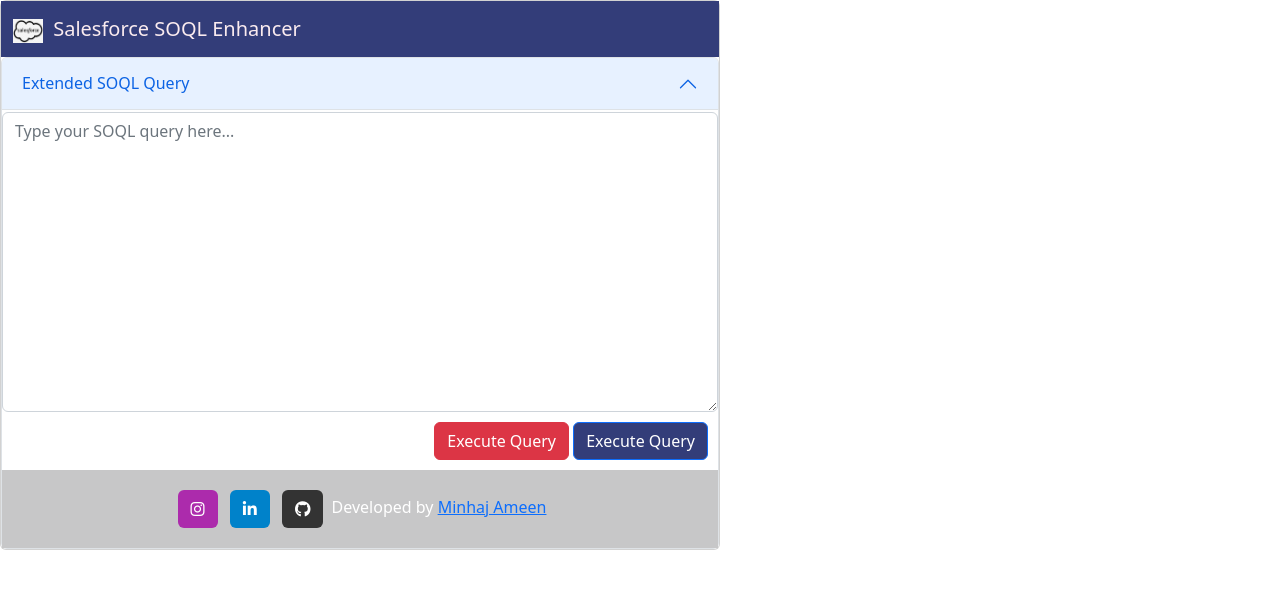
Repository: anweshpargi/salesforceExtension
Page: popup.html
The author's editor kept a copy of each file at every save. The page is drawn from the files as they stood at one save, then again after the next save.
The browser window is 1280 px wide. The pictures show the whole page.

Above is the page before, as saved 2023-09-03 01:33:11.
Not found: js/jsforce.js

### popup.html
<!DOCTYPE html>
<html lang="en">

<head>
    <meta charset="UTF-8">
    <meta http-equiv="X-UA-Compatible" content="IE=edge">
    <meta name="viewport" content="width=device-width, initial-scale=1.0">
    <link rel="stylesheet" href="bootstrap/css/bootstrap.min.css">

    <script src="bootstrap/js/bootstrap.min.js" type="text/javascript"></script>
    <script src="js/jsforce.js" type="text/javascript"></script>
    <link rel="stylesheet" href="https://cdnjs.cloudflare.com/ajax/libs/font-awesome/6.4.2/css/all.min.css" />

    <!-- <script src="https://kit.fontawesome.com/2bad70dabe.js" crossorigin="anonymous"></script> -->

    <!-- JavaScript Bundle with Popper -->

    <title> Salesforce Test Class Data Generator</title>
</head>


<body style="width: 720px">
    <div class="card">
        <nav class="navbar" style="background-color: #333D79FF;">
            <div class="container-fluid">
                <a class="navbar-brand" style="color: #FAEBEFFF;" href="#">
                    <img src="/icon.png" alt="Logo" width="30" height="24" style="margin-right: 5px;"
                        class="d-inline-block">
                    Salesforce SOQL Enhancer
                </a>
            </div>
        </nav>

        <div class="accordion" id="accordionExample">
            <div class="accordion-item">
                <h2 class="accordion-header" id="headingOne">
                    <button class="accordion-button" type="button" data-bs-toggle="collapse"
                        data-bs-target="#collapseOne" aria-expanded="true" aria-controls="collapseOne">
                        Extended SOQL Query
                    </button>
                </h2>
                <div id="collapseOne" class="accordion-collapse collapse show" aria-labelledby="headingOne"
                    data-bs-parent="#accordionExample">

                    <div class="">
                        <textarea style="margin-top: 2px; height: 300px;" class="form-control"
                            placeholder="Type your SOQL query here..." id="floatingtextarea"></textarea>
                    </div>
                    <div style="text-align: right; margin: 10px;">
                        <span style="color: green; font-weight: bold; display: none;" id="status" > </span>&nbsp;&nbsp;
                        <span id="loader" style="display: none;">
                            <span class="spinner-border text-primary"  role="status"></span>
                            <span style="color: darkblue;" id=""> &nbsp; Processing wait... </span>
                            <span style="color: darkblue;" id="count">  </span>&nbsp;
                        </span>
                        <span>
                            <button class="btn btn-success"  style="display: none;" id="downloadExcel" type="">Download Excel</button>
                        </span>
                        <button class="btn btn-danger" style=""  id="cancel" type="">Execute Query</button>

                        <button class="btn btn-primary" style="background-color: #333D79FF;"  id="getbutton" type="">Execute Query</button>
                    </div>
                </div>

                <div class="bg-light text-center text-white">

                    <div class="text-center p-3" style="background-color: rgba(0, 0, 0, 0.2);">


                      <!-- Instagram -->
                      <a
                        class="btn text-white btn-floating m-1"
                        target="_blank"
                        style="background-color: #ac2bac;"
                        href="https://www.instagram.com/_spartann__/"
                        role="button"
                        ><i class="fab fa-instagram"></i
                      ></a>

                      <!-- Linkedin -->
                      <a
                        class="btn text-white btn-floating m-1"
                        target="_blank"
                        style="background-color: #0082ca;"
                        href="https://www.linkedin.com/in/minhajameen5/"
                        role="button"
                        ><i class="fab fa-linkedin-in"></i
                      ></a>

                      <!-- Github -->
                      <a
                        class="btn text-white btn-floating m-1"
                        target="_blank"
                        style="background-color: #333333;"
                        href="https://github.com/minhaj-ameen"
                        role="button"
                        ><i class="fab fa-github"></i
                      ></a>
                      Developed by
                      <a class="" target="_blank" href="https://www.instagram.com/_spartann__/"> Minhaj Ameen</a>
                    </div>

                </div>

            </div>
        </div>
    </div>

</body>
<script type="text/javascript" src="js/popup.js"></script>
<script type="text/javascript" src="js/xlsx.full.min.js"></script>
<!-- <script src='https://kit.fontawesome.com/a076d05399.js' crossorigin='anonymous'></script> -->


</html>

### js/popup.js
//store connection... con object
var conn = undefined;
var inputQuery = undefined;

console.log('popup js loaded succesfully')
document.querySelector('#getbutton').addEventListener('click', () => {
  console.log('XLSX ' + XLSX);
  console.log('method invoked on button click')
  chrome.tabs.query({ active: true, currentWindow: true }, (tabs) => {
    console.log('inside tabs query')
    var tab = tabs[0]
    console.log(tab.url.split('.')[0]);
    var instanceUrl = undefined
    if(tab?.url != undefined && tab.url.includes('sandbox')){
      console.log('Success if condition includes sandbox');
       instanceUrl = tab.url.split('.')[0] + '.sandbox.my.salesforce.com'
    }else{
      instanceUrl = tab.url.split('.')[0] + '.my.salesforce.com'
    }
    console.log(tab)
    var domainUrl = new URL(tab.url)
    var sessionId = undefined
    if (
      tab.url &&
      (tab.url.includes('.lightning.force.com') ||
        tab.url.includes('.salesforce.com'))
    ) {
      var port = chrome.runtime.connect({ name: 'knockknock' })
      port.postMessage({ host: instanceUrl.replace('https://', '') })
      port.onMessage.addListener(function (msg) {
        console.log('response from backgroundjs' + msg.ssid)
        sessionId = msg.ssid
        if (sessionId) {
          console.log('session id received  ', sessionId)
          conn = new jsforce.Connection({
            serverUrl: instanceUrl,
            instanceUrl: instanceUrl,
            sessionId: sessionId,
            version: '58.0',
          }) //jsforce
          console.log('connection', conn)
          getQueryInput()
        } else {
          alert('Salesforce Session Not found')
        }
      })
    } else {
      alert(
        'Not a Salesforce Domain!, Keep Salesforce Tab Active and Run again',
      )
    }
  })
})

function getQueryInput() {
  try {
    if (conn) {
      inputQuery = document
        .querySelector('#floatingtextarea')
        .value.replace(/\s\s+/g, ' ')
        .trim()
      console.log('Input query by user >> ' + inputQuery)
      processQuery(inputQuery);
    } else {
      alert('Connection not available')
    }
  } catch (error) {
    alert('Something went wrong ' + error.name)
  }
}

var records = [];
var processedQueries = [];
var recordCount = 0;
var countElement = undefined;
var statusElement = undefined;

async function processQuery(query) {
  countElement = document.getElementById('count');
  statusElement = document.getElementById('status');
  statusElement.style.display = "none";
  console.log('@@@ elementcount ' + countElement);
  recordCount = 0;
  records = [];
  processedQueries = [];
  try {
    isDisableExecute(true);
    showDownloadExcel(false);
    showSpinner(true);
    var match = query.match(/\(([^)]+)\)/i)
    if (match && query.length > 4000) {
      console.log('match and lenght pass');
      var valuesString = match[1];
      console.log('valuesString>> ' + valuesString);
      var valuesList = valuesString.split(',');

      var batchSize = 100;

      for (let i = 0; i < valuesList.length; i += batchSize) {
        // Slice a batch of values
        var batch = valuesList.slice(i, i + batchSize);
        // Join batch values with commas to create a new values string
        var batchValuesString = batch.join(',');

        // Replace values within parentheses with the batch values
        var modifiedQuery = query.replace(valuesString, batchValuesString);
        //console.log('modifiedQurery  >>' + modifiedQuery);
        // Store the modified query in the processedQueries array
        processedQueries.push(modifiedQuery);
        console.log('count ' + i);
        showSpinner(true);
        await executeQueryToDatabase(modifiedQuery);
      }
      console.log('final records length ' + records.length);
      console.log('records stingify ' + JSON.stringify(records));
      showSpinner(false);

      isDisableExecute(false);
      //return processedQueries;
      //executeQueryToDatabase(query);
    } else {
      executeQueryToDatabase(query);
      //showSpinner(false);
      //showDownloadExcel(true);
      //isDisableExecute(false);
    }
  } catch (error) {
    showSpinner(false);
    isDisableExecute(false);
    showDownloadExcel(false);
    alert(error.name)
    console.log(error)
  }
}

async function executeQueryToDatabase(inputQuery) {
  console.log('modified Query ' + inputQuery);
  var query = await conn
    .query(inputQuery)
    .on('record', function (record) {
      // console.log('@@ records push' + record.length)
      ++recordCount;
      console.log('@@@ ' + recordCount);
      //console.log('@@@@@ query.totalSize ' + query.totalSize);
      console.log('@@@@@@@ countElement '+ countElement.innerHTML);
      countElement.innerHTML = recordCount;
      let { attributes, ...rec } = record;
      records.push(rec);
      // console.log('records output' + records)
    })
    .on('end', function () {
      console.log('@@ total in database : ' + query.totalSize)
      console.log('@@ total fetched : ' + query.totalFetched)
      showSpinner(false);
      statusElement.style.display = "inline";
      statusElement.innerHTML = 'Success Total: ' + query.totalSize;
      showDownloadExcel(true);
      isDisableExecute(false);

    })
    .on('error', function (err) {
      alert('ERROR NAME: ' + err.name)
      showDownloadExcel(false);
      showSpinner(false);
      isDisableExecute(false);
      showDownloadExcel(false);
      console.error(err)
    })
    .run({ autoFetch: true, maxFetch: 1000000 })
}


document.querySelector('#downloadExcel').addEventListener('click', function() {
  console.log('clicked button excel');
  const exportButton = document.getElementById('downloadExcel');
  console.log('exportButton  ' + exportButton);
  console.log('XLSX' + XLSX);

  // const data = [
  //   { Name: 'John', Age: 30 },
  //   { Name: 'Jane', Age: 25 }
  // ];


  const ws = XLSX.utils.json_to_sheet(records);
  const wb = XLSX.utils.book_new();
  XLSX.utils.book_append_sheet(wb, ws, 'Sheet1');

  // Convert the workbook to an ArrayBuffer
  const wbArrayBuffer = XLSX.write(wb, { bookType: 'xlsx', type: 'array' });

  // Create a Blob from the ArrayBuffer
  const blob = new Blob([wbArrayBuffer], {
    type: 'application/vnd.openxmlformats-officedocument.spreadsheetml.sheet'
  });

    const url = URL.createObjectURL(blob);

    const a = document.createElement('a');
    a.href = url;
    const currentDatetime = new Date().toISOString().replace(/[-:.]/g, '');

    const encodedFileName = encodeURIComponent(`exported_data_${currentDatetime}.xlsx`);

    a.download = encodedFileName;
    a.click();

    // Clean up
    setTimeout(function() {
      URL.revokeObjectURL(url);
    }, 0);
    alert(`${encodedFileName} downloaded succefully`);
});

function showSpinner(isShow){
  if(isShow){
    console.log('isshowspinner true');
    document.getElementById('loader').style.display = "inline";
  }else{
    document.getElementById('loader').style.display = "none";
  }
}

function showDownloadExcel(isShow){
  if(isShow){
    document.getElementById('downloadExcel').style.display = "inline";
  }else{
    document.getElementById('downloadExcel').style.display = "none";
  }
}

function isDisableExecute(isDisable){
    document.getElementById('getbutton').disabled = isDisable;
}

Loaded but not shown: bootstrap/css/bootstrap.min.css (library); bootstrap/js/bootstrap.min.js (library); js/xlsx.full.min.js (library)

After the next save:
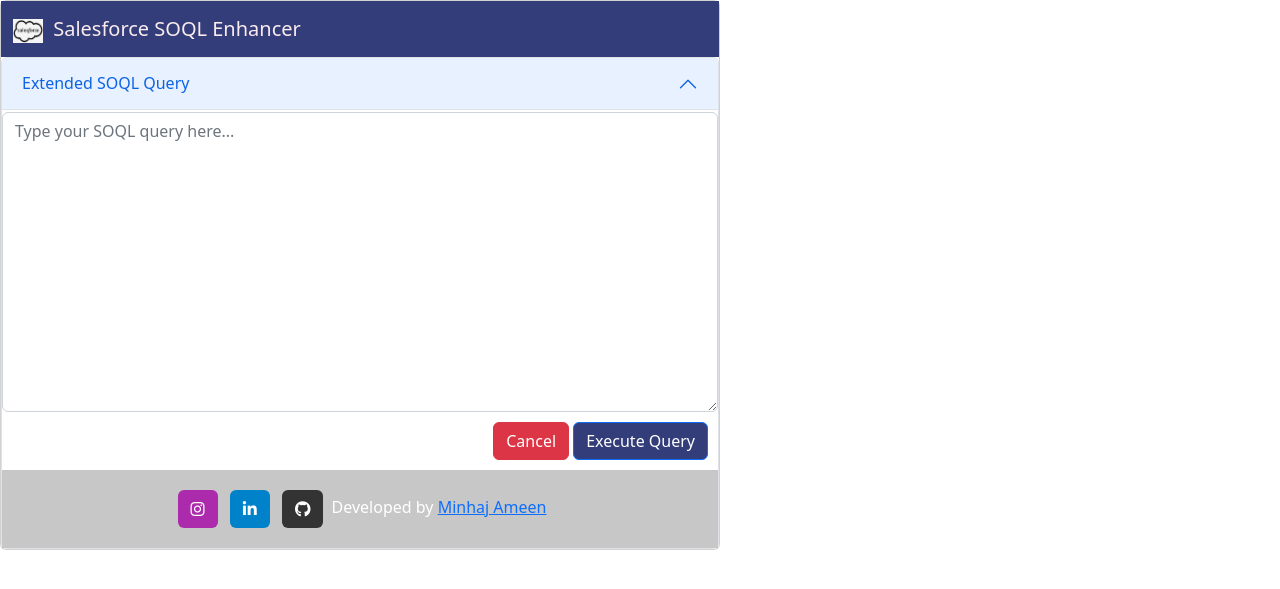
Saved 25 s later.
--- a/popup.html
+++ b/popup.html
@@ -56,7 +56,7 @@
                         <span>
                             <button class="btn btn-success"  style="display: none;" id="downloadExcel" type="">Download Excel</button>
                         </span>
-                        <button class="btn btn-danger" style=""  id="cancel" type="">Execute Query</button>
+                        <button class="btn btn-danger" style=""  id="cancel" type="">Cancel</button>
 
                         <button class="btn btn-primary" style="background-color: #333D79FF;"  id="getbutton" type="">Execute Query</button>
                     </div>
